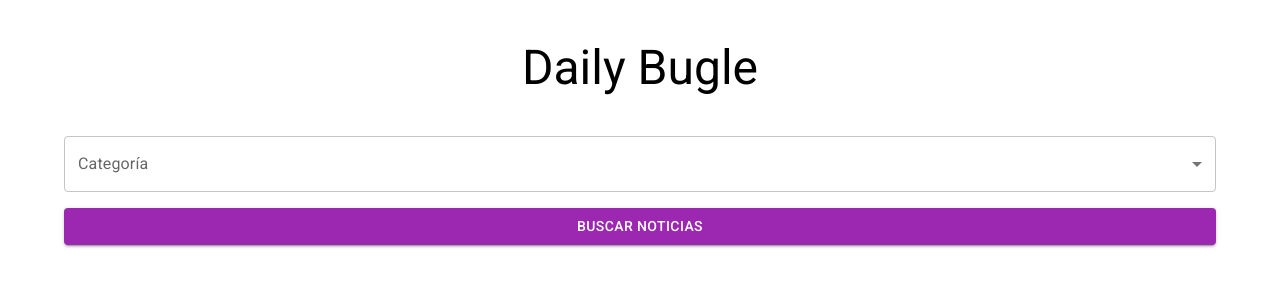
Repository: CarlosCamposRodriguez99/noticiasApp
Page: /
These files come from the project's save history. The page is drawn as it stood at one moment and after the next save; the edit follows.
The browser window is 1280 px wide. The pictures show the whole page.
Some web fonts or font styles are not loaded; a fallback is used. The project was rebuilt for these pictures with package versions that can differ from the ones it lists, and the page was loaded fresh each time. Also part of the build but not shown: vite.config.js.

Above is the page before, as saved 2022-06-07 19:43:53.

After the next save:
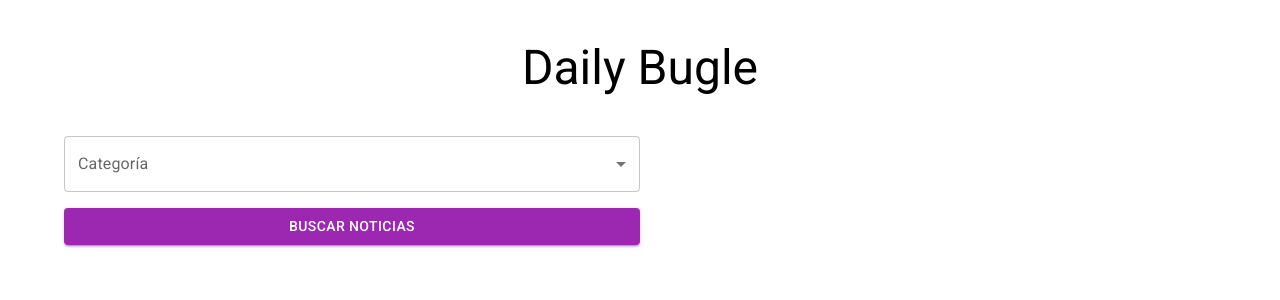
Saved 6 s later.
--- a/src/App.jsx
+++ b/src/App.jsx
@@ -17,7 +17,8 @@
       </header>
 
       <Grid
-        contained
+        container
+
       >
         <Grid
           item md={6}
